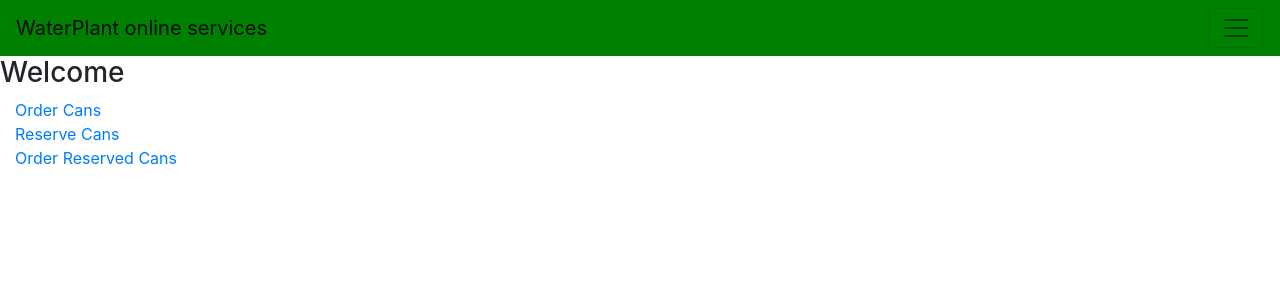
Repository: SHARMILAG97/WebApplication
Page: http://localhost/waterplant_web/useroperations.jsp
The author's editor kept a copy of each file at every save. The page is drawn from the files as they stood at one save, then again after the next save.
The browser window is 1280 px wide. The pictures show the whole page.
The page is served by Tomcat 9. Other server files are loaded and not shown.

Above is the page before, as saved 2019-09-17 09:10:26.
Console error: TypeError: Cannot read properties of undefined (reading 'fn')

### waterplant_web/src/main/webapp/useroperations.jsp
<%@page import="com.revature.model.User"%>
<html>
<head>
<title>UserOperations</title>

<link rel="stylesheet" href="css/bootstrap.min.css">
<script src="js/bootstrap.min.js"></script>
<script src="js/jquery-3.4.1.min.js"></script>

</head>
<body>

<jsp:include page="headers.jsp"></jsp:include>
<%
User user = (User)session.getAttribute("LOGGED_IN_USER");
String name =  user != null ? user.getName() :"";
%>
<h3>Welcome <%=name%></h3>

<form >

<div class="container-fluid">
        <div class="row">
            <div class="col">
<a href="updatestock.jsp">Order Cans</a> <br/>
	<a href="viewuser.jsp">Reserve Cans</a> <br/>
	<a href="viewstock.jsp">Order Reserved Cans</a> <br/>
</div>
</div>
</div>


</form>


</body>
</html>

### waterplant_web/src/main/webapp/headers.jsp

<nav class="navbar navbar-light" style="background-color: green;">
 <a class="navbar-brand" href="index.jsp">WaterPlant online services</a>
 <button class="navbar-toggler" type="button" data-toggle="collapse" data-target="#navbarCollapse" aria-controls="navbarCollapse" aria-expanded="false" aria-label="Toggle navigation">
   <span class="navbar-toggler-icon"></span>
 </button>
 <div class="collapse navbar-collapse" id="navbarCollapse">
   <ul class="navbar-nav mr-auto">
     <li class="nav-item active">
       <a class="nav-link" href="index.jsp">Home</a>
     </li>

     <li class="nav-item">
       <a class="nav-link " href="userlogin.jsp">User Login</a>
     </li>
     <li class="nav-item">
       <a class="nav-link " href="adminlogin.jsp">Admin_Login</a>
     </li>
   </ul>
 <!--   <form class="form-inline mt-2 mt-md-0">
   <input class="form-control mr-sm-2" type="text" placeholder="Search" aria-label="Search">
     <button class="btn btn-outline-success my-2 my-sm-0" type="submit">Search</button>
   </form>-->
 </div>
</nav>

Loaded but not shown: waterplant_web/src/main/webapp/css/bootstrap.min.css (library); waterplant_web/src/main/webapp/js/bootstrap.min.js (library); waterplant_web/src/main/webapp/js/jquery-3.4.1.min.js (library)

After the next save:
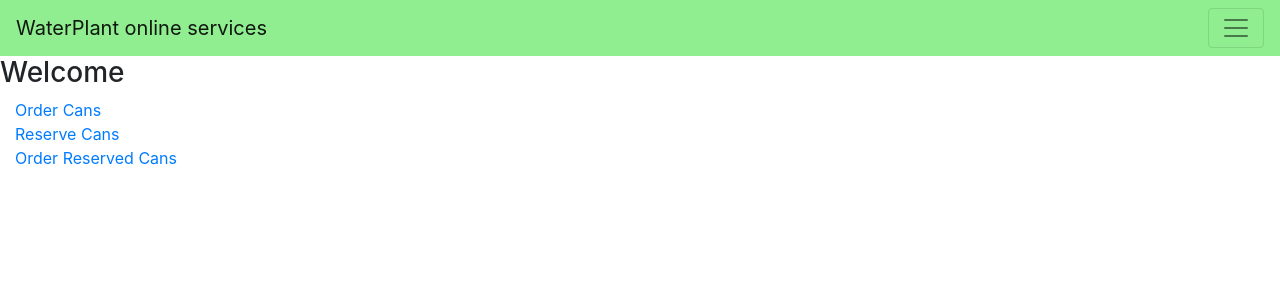
Saved 17 s later.
--- a/waterplant_web/src/main/webapp/headers.jsp
+++ b/waterplant_web/src/main/webapp/headers.jsp
@@ -1,5 +1,5 @@
 
-<nav class="navbar navbar-light" style="background-color: green;">
+<nav class="navbar navbar-light" style="background-color: lightgreen;">
  <a class="navbar-brand" href="index.jsp">WaterPlant online services</a>
  <button class="navbar-toggler" type="button" data-toggle="collapse" data-target="#navbarCollapse" aria-controls="navbarCollapse" aria-expanded="false" aria-label="Toggle navigation">
    <span class="navbar-toggler-icon"></span>
